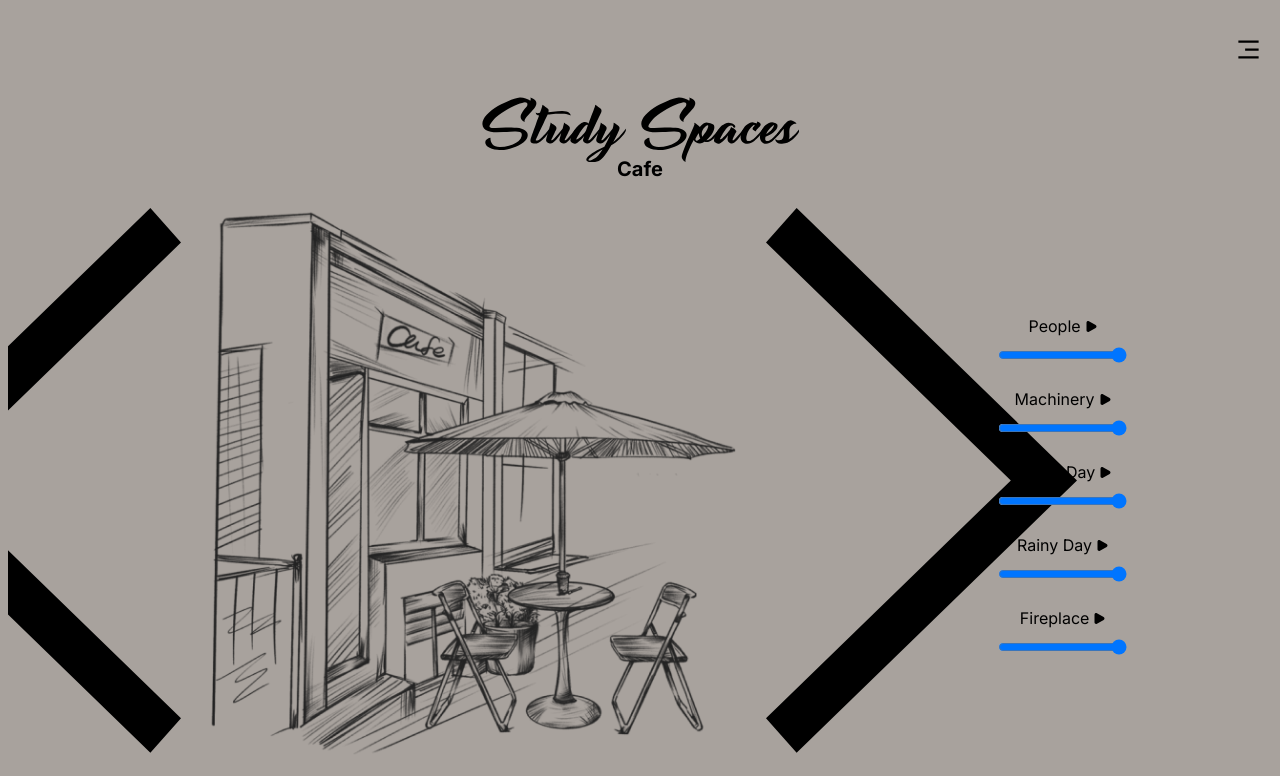
Repository: kaitlynlie/studyspaces
Page: / (app in studyspaces/)
These files come from the project's save history. The page is drawn as it stood at one moment and after the next save; the edit follows.
The browser window is 1280 px wide. The pictures show the whole page.
The project was rebuilt for these pictures with package versions that can differ from the ones it lists, and the page was loaded fresh each time. Also part of the build but not shown: studyspaces/vite.config.ts. Imported but missing from the stored project, and not drawn on this page: studyspaces/src/audio/fireplace.wav, studyspaces/src/audio/people.wav, studyspaces/src/audio/rain.wav, studyspaces/src/audio/softmachinery.mp3, studyspaces/src/audio/sun.wav.

Above is the page before, as saved 2023-09-28 23:57:45.

### studyspaces/index.html
<!DOCTYPE html>
<html lang="en">
  <head>
    <meta charset="UTF-8" />
    <link rel="icon" type="image/svg+xml" href="/vite.svg" />
    <meta name="viewport" content="width=device-width, initial-scale=1.0" />
    <title>Study Spaces</title>
  </head>
  <body>
    <div id="root"></div>
    <script type="module" src="/src/main.tsx"></script>
  </body>
</html>

### studyspaces/src/main.tsx
import React from 'react'
import ReactDOM from 'react-dom/client'
import App from './App'
import './index.scss'
import { BrowserRouter } from 'react-router-dom'

ReactDOM.createRoot(document.getElementById('root')!).render(
  <BrowserRouter>
    <App />
  </BrowserRouter>,
)

### studyspaces/src/App.tsx
import clsx from "clsx";
import { Route, Routes } from 'react-router-dom'
import React from "react";
import { Home } from "./pages/Home";
import { Navbar } from "./pages";

function App() {
  return (
    <>
      <div className={clsx("app", "w-full overflow-hidden")}>
          {/* <img
            src={tracks}
            alt='tracks'
            className={clsx(styles.tracks)}
          />  */}
        <Navbar />
        <Routes>
          <Route index path="/" element={<Home />} />
          {/* <Route path="about" element={<About />} />
          <Route path="membership" element={<Membership />} />
          <Route path="faq" element={<FAQ />} />
          <Route path="blog" element={<Blog />} />
          <Route path="careers" element={<Careers />} />
          <Route path='blog2' element={<Blog2 />} /> */}
      </Routes>
      </div>
    </>
  )
  }

export default App;

### studyspaces/src/index.scss
@import url("https://fonts.googleapis.com/css2?family=Inter:wght@400;500;600;700;800;900&display=swap");
// @import "./style/globals/general.scss";

@tailwind base;
@tailwind components;
@tailwind utilities;

:root {
  font-family: Inter;
  overflow-x: hidden;
}

@keyframes jump {
  0%, 100% {
    transform: translateY(0);
  }
  50% {
    transform: translateY(-20px);
  }
}

.jumping-word {
  display: inline-block;
  animation: jump 1s infinite;
}

### studyspaces/src/pages/Home.tsx
import styles from "./home.module.scss";
import clsx from "clsx";
import { title, coffee, leftarrow, rightarrow, play, pause } from "../assets";
import React, { ChangeEvent, useState, useRef } from 'react';
import { people, machinery, sunny, rainy, fire } from "../audio";
import { Navbar } from ".";
import { Link } from 'react-router-dom'
import { RiMenu3Line, RiCloseLine } from 'react-icons/ri';

export function Home() {
  const [sliderValues, setSliderValues] = useState({
    peopleVolumeSlider: 1,
    machVolumeSlider: 1,
    sunnyVolumeSlider: 1,
    rainyVolumeSlider: 1,
    fireVolumeSlider: 1,
  });

  const handleSliderChange = (event: ChangeEvent<HTMLInputElement>) => {
    const { id, value } = event.target;
    setSliderValues((prevValues) => ({
      ...prevValues,
      [id]: parseFloat(value),
    }));
  };

  const [isPlaying, setIsPlaying] = useState<AudioState>({});

  interface AudioState {
    [key: string]: boolean;
  }

  const handlePlayButtonClick = (audioId: string) => {
    setIsPlaying((prevState) => ({
      ...prevState,
      [audioId]: !prevState[audioId] || !prevState[audioId],
    }));
  };

  const [toggleMenu, setToggleMenu] = useState(false);
  const [nav, setNav] = useState(false);

  const openNav = () => {
    setNav(!nav);
  };

  return (
    <div className={clsx(styles.body)}>
        <section className={clsx(styles.home)}>
          <div className={clsx(styles.header)}>
            <div className={clsx(styles.studyspaces)}>
              <img src={title} className={clsx(styles.title)}/>
            </div>
          </div>
            <h4>Cafe</h4>
            <div className={clsx(styles.content)}>
              <div className={clsx(styles.hero)}>
                <img id="leftArrow" src={leftarrow} />
                <img src={coffee} className={clsx(styles.coffee)} />
                <img id="rightArrow" src={rightarrow} />
              </div>

              <div className={clsx(styles.audiolist)}>
                <div className={clsx(styles.audio)}>
                  <div className={clsx(styles.title)}>
                    <p>People</p>
                    <img
                      src={play}
                      width="11"
                      height="11"
                      id="peoplePlayButton"
                      onClick={() => handlePlayButtonClick("peopleAudioPlayer")}                    />
                  </div>
                  <audio id="peopleAudioPlayer">
                    <source src={people} type="audio/wav" />
                  </audio>
                  <input
                    type="range"
                    id="peopleVolumeSlider"
                    min={0}
                    max={1}
                    step={0.1}
                    value={sliderValues.peopleVolumeSlider}
                    onChange={handleSliderChange}
                  />
                </div>

                <div className={clsx(styles.audio)}>
                  <div className={clsx(styles.title)}>
                    <p>Machinery</p>
                    <img
                      src={play}
                      width="11"
                      height="11"
                      id="machPlayButton"
                      onClick={() => handlePlayButtonClick("machAudioPlayer")}
                    />
                  </div>
                  <audio id="machAudioPlayer">
                    <source src={machinery} type="audio/mp3" />
                  </audio>
                  <input
                    type="range"
                    id="machVolumeSlider"
                    min={0}
                    max={1}
                    step={0.1}
                    value={sliderValues.machVolumeSlider}
                    onChange={handleSliderChange}
                  />
                </div>

                <div className={clsx(styles.audio)}>
                  <div className={clsx(styles.title)}>
                    <p>Sunny Day</p>
                    <img
                      src={play}
                      width="11"
                      height="11"
                      id="sunnyPlayButton"
                      onClick={() => handlePlayButtonClick("sunnyAudioPlayer")}
                    />
                  </div>
                  <audio id="sunnyAudioPlayer">
                    <source src={sunny} type="audio/wav" />
                  </audio>
                  <input
                    type="range"
                    id="sunnyVolumeSlider"
                    min={0}
                    max={1}
                    step={0.1}
                    value={sliderValues.sunnyVolumeSlider}
                    onChange={handleSliderChange}
                  />
                </div>

                <div className={clsx(styles.audio)}>
                  <div className={clsx(styles.title)}>
                    <p>Rainy Day</p>
                    <img
                      src={play}
                      width="11"
                      height="11"
                      id="rainyPlayButton"
                      onClick={() => handlePlayButtonClick("rainyAudioPlayer")}
                    />
                  </div>
                  <audio id="rainyAudioPlayer">
                    <source src={rainy} type="audio/wav" />
                  </audio>
                  <input
                    type="range"
                    id="rainyVolumeSlider"
                    min={0}
                    max={1}
                    step={0.1}
                    value={sliderValues.rainyVolumeSlider}
                    onChange={handleSliderChange}
                  />
                </div>

                <div className={clsx(styles.audio)}>
                  <div className={clsx(styles.title)}>
                    <p>Fireplace</p>
                    <img
                      src={play}
                      width="11"
                      height="11"
                      id="firePlayButton"
                      onClick={() => handlePlayButtonClick("fireAudioPlayer")}
                    />
                  </div>
                  <audio id="fireAudioPlayer">
                    <source src={fire} type="audio/wav" />
                  </audio>
                  <input
                    type="range"
                    id="fireVolumeSlider"
                    min={0}
                    max={1}
                    step={0.1}
                    value={sliderValues.fireVolumeSlider}
                    onChange={handleSliderChange}
                  />
                </div>
              </div>
            </div>
        </section>
    </div>
  );
}

### studyspaces/src/pages/index.ts
import Navbar from "./Navbar";

export {
    Navbar
}

### studyspaces/src/pages/home.module.scss
body {
    background-color: rgb(168, 162, 157);
    section.home {
        padding: 10px;
        display: flex;
        flex-direction: column;
        justify-content: center;
        align-items: center;
        overflow-y: hidden;
        .header {
          display: flex;
          justify-content: space-between;
          align-items: center;
          .studyspaces {
            display: flex;
            justify-content: center;
            align-items: center;
            .title {
              margin-top: 20px;
            }
          }
          .toggle {
            margin-top: -20px;
            cursor: pointer;
            z-index: 10;
            display: flex;
            justify-content: flex-end;
            text-align: end;
            .box {
              display: flex;
              justify-content: flex-end;
              align-items: flex-end;
              flex-direction: column;
              text-align: end;
              background-color: #ffffffc9;
              padding: 30px;
              position: absolute;
              top: 40px;
              right: 10px;
              border-radius: 5px;
              box-shadow: 0 10px 20px 0 rgba(0, 0, 0, 0.5);
              z-index: 10;
              .dropdown {
                display: flex;
                justify-content: flex-end;
                align-items: flex-end;
                flex-direction: column;
                color: white;
                text-align: end;
                padding: 1px;
                li {
                  margin-top: 8px;
                  list-style-type: none;
                  text-decoration: none;
                  color: black;
                  a {
                    text-decoration: none;
                    color: black;
                  }
                }
              }
            }
          }
        }
        h4 {
            text-align: center;
            font-size: 20px;
            font-weight: 700;
            margin-top: -5px;
        }
        .content {
            display: flex;
            justify-content: space-between;
            gap: 200px;
            transition: gap 0.3s ease;
            // @media (max-width: 1089px) {
            //     gap: 50px;
            // }
            // @media (max-width: 919px) {
            //   flex-direction: column;
            // }
            .hero {
                display: flex;
                justify-content: center;
                gap: 30px;
                .coffee {
                    max-width: 550px;
                    max-height: 550px;
                    width: 100%;
                    height: 100%;
                    @media (max-width: 664px) {
                        max-width: 300px;
                        max-height: 300px;
                    }
                }
            }
            .audiolist {
                display: flex;
                flex-direction: column;
                align-items: center;
                justify-content: center;
                .audio {
                    display: flex;
                    flex-direction: column;
                    justify-content: center;
                    align-items: center;
                    .title {
                        display: flex;
                        flex-direction: row;
                        justify-content: center;
                        align-items: center;
                        gap: 5px;
                        img {
                            cursor: pointer;
                        }
                        .custom-range-slider {
                            appearance: none;
                            width: 100%;
                            height: 8px;
                            border-radius: 5px;
                            background-color: black;
                            outline: none;
                          }

                          .custom-range-slider::-webkit-slider-thumb {
                            appearance: none;
                            width: 16px;
                            height: 16px;
                            border-radius: 50%;
                            background-color: white;
                            cursor: pointer;
                          }

                          .custom-range-slider::-moz-range-thumb {
                            width: 16px;
                            height: 16px;
                            border-radius: 50%;
                            background-color: white;
                            cursor: pointer;
                          }

                          .custom-range-slider::-ms-thumb {
                            width: 16px;
                            height: 16px;
                            border-radius: 50%;
                            background-color: white;
                            cursor: pointer;
                          }
                        #peopleVolumeSlider {
                            -webkit-appearance: none;
                            appearance: none;
                            width: 100%;
                            height: 5px;
                            background-color: black; /* Set the default color of the track/bar */
                            outline: none;
                            position: relative;
                          }

                          #peopleVolumeSlider::-webkit-slider-thumb {
                            -webkit-appearance: none;
                            appearance: none;
                            width: 12px;
                            height: 12px;
                            background-color: black; /* Set the color of the slider thumb */
                            cursor: pointer;
                            border-radius: 50%;
                            position: relative;
                            z-index: 1;
                          }

                          #sunnyVolumeSlider {
                            -webkit-appearance: none;
                            appearance: none;
                            width: 100%;
                            height: 5px;
                            background-color: black; /* Set the default color of the track/bar */
                            outline: none;
                            position: relative;
                          }

                          #sunnyVolumeSlider::-webkit-slider-thumb {
                            -webkit-appearance: none;
                            appearance: none;
                            width: 12px;
                            height: 12px;
                            background-color: black; /* Set the color of the slider thumb */
                            cursor: pointer;
                            border-radius: 50%;
                            position: relative;
                            z-index: 1;
                          }

                          #rainyVolumeSlider {
                            -webkit-appearance: none;
                            appearance: none;
                            width: 100%;
                            height: 5px;
                            background-color: black; /* Set the default color of the track/bar */
                            outline: none;
                            position: relative;
                          }

                          #rainyVolumeSlider::-webkit-slider-thumb {
                            -webkit-appearance: none;
                            appearance: none;
                            width: 12px;
                            height: 12px;
                            background-color: black; /* Set the color of the slider thumb */
                            cursor: pointer;
                            border-radius: 50%;
                            position: relative;
                            z-index: 1;
                          }

                          #machVolumeSlider {
                            -webkit-appearance: none;
                            appearance: none;
                            width: 100%;
                            height: 5px;
                            background-color: black; /* Set the default color of the track/bar */
                            outline: none;
                            position: relative;
                          }

                          #machVolumeSlider::-webkit-slider-thumb {
                            -webkit-appearance: none;
                            appearance: none;
                            width: 12px;
                            height: 12px;
                            background-color: black; /* Set the color of the slider thumb */
                            cursor: pointer;
                            border-radius: 50%;
                            position: relative;
                            z-index: 1;
                          }

                          #fireVolumeSlider {
                            -webkit-appearance: none;
                            appearance: none;
                            width: 100%;
                            height: 5px;
                            background-color: black; /* Set the default color of the track/bar */
                            outline: none;
                            position: relative;
                          }

                          #fireVolumeSlider::-webkit-slider-thumb {
                            -webkit-appearance: none;
                            appearance: none;
                            width: 12px;
                            height: 12px;
                            background-color: black; /* Set the color of the slider thumb */
                            cursor: pointer;
                            border-radius: 50%;
                            position: relative;
                            z-index: 1;
                          }
                    }
                    input {
                        margin-top: -5px;
                        margin-bottom: 10px
                    }
                }
            }
        }
    }
}

### studyspaces/src/assets/index.ts
import title from './title.svg'
import coffee from './coffee.png'
import leftarrow from './leftarrow.svg'
import rightarrow from './rightarrow.svg'
import play from './play.svg'
import pause from './pause.svg'

export {
    title,
    coffee,
    leftarrow,
    rightarrow,
    play,
    pause
}

### studyspaces/src/audio/index.ts
import people from './people.wav'
import machinery from './softmachinery.mp3'
import sunny from './sun.wav'
import rainy from './rain.wav'
import fire from './fireplace.wav'

export {
    people,
    machinery,
    sunny,
    rainy,
    fire
}

### studyspaces/src/pages/Navbar.tsx
import React from 'react'
import styles from './Navbar.module.scss'
import clsx from 'clsx'
import { title } from '../assets'
import { Link } from 'react-router-dom'
import { useState } from 'react'
import { RiMenu3Line, RiCloseLine } from 'react-icons/ri';

const Navbar = () => {
  const [toggleMenu, setToggleMenu] = useState(false);
  const [nav, setNav] = useState(false);

  const openNav = () => {
    setNav(!nav);
  };

  return (
    <nav className={clsx(styles.navbar)}>
    <div className={clsx(styles.toggle)}>
        {toggleMenu
          ? <RiCloseLine color="#000" size={27} onClick={() => setToggleMenu(false)} />
          : <RiMenu3Line color="#000" size={27} onClick={() => setToggleMenu(true)} />}
        {toggleMenu && (
        <div className={clsx(styles.box)}>
          <div className="none">
            <ul className={clsx(styles.dropdown)}>
            <Link onClick={openNav} to='/'><li><a>Home</a></li></Link>
            <Link onClick={openNav} to='/about'><li><a>About</a></li></Link>
            <Link onClick={openNav} to='/membership'><li><a>Todo</a></li></Link>
            <Link onClick={openNav} to='/faq'><li><a>Timer</a></li></Link>
            </ul>
          </div>
        </div>
        )}
        </div>
  </nav>
  )
}

export default Navbar

### studyspaces/src/pages/Navbar.module.scss
nav.navbar {
  margin-top: 36px;
  display: flex;
  flex-direction: row;
  align-items: center;
  justify-content: flex-end;
  .toggle {
      color: black;
      z-index: 10;
      margin-right: 10px;
      .dropdown {
          margin-top: 1rem;
          display: flex;
          justify-content: flex-end;
          align-items: flex-end;
          text-align: flex-end;
          background-color: rgba(255, 255, 255, 0.918);
          position: absolute;
          top: 50px;
          right: 10px;
          border-radius: 5px;
          z-index: 10;
          ul {
              display: flex;
              justify-content: flex-end;
              align-items: flex-end;
              flex-direction: column;
              color: black;
              text-align: end;
              padding: 1rem 2rem;
              a {
                  color: black;
                  z-index: 11;
                  align-self: flex-end;
                  margin-right: auto;
              }
          }
      }
  }
}

After the next save:
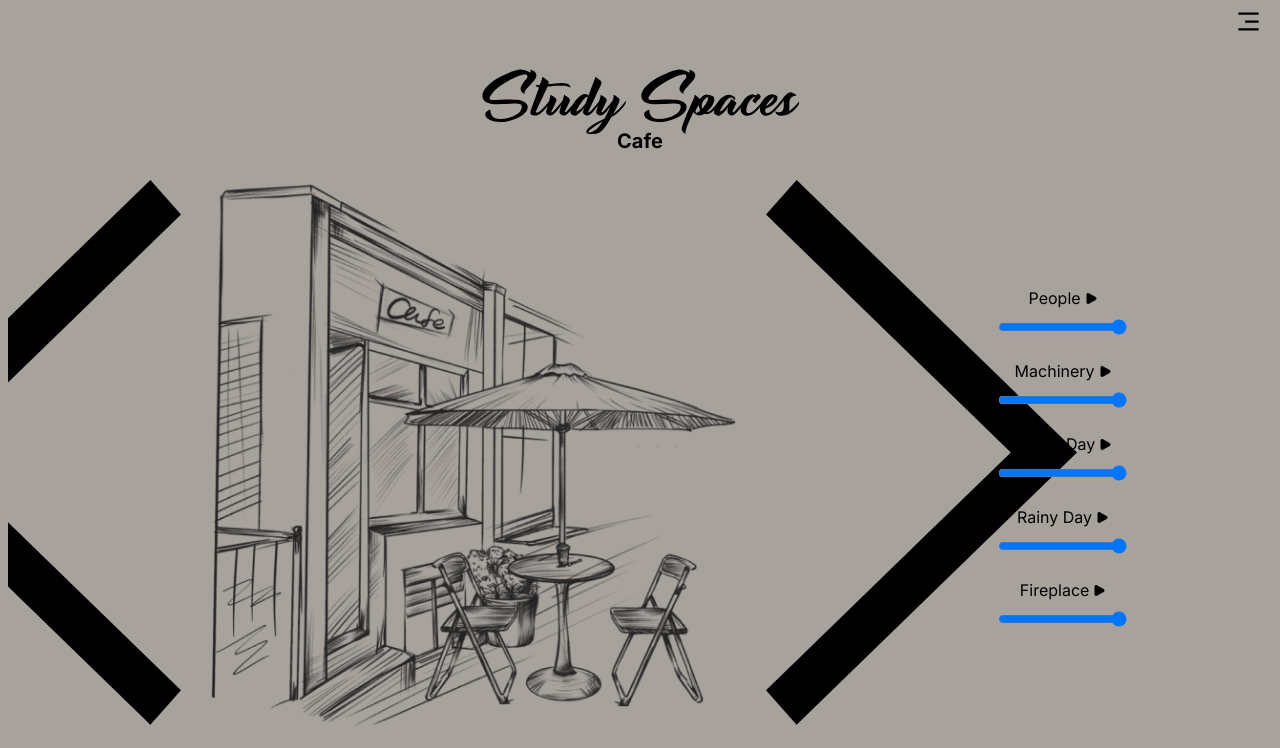
Saved 5 s later.
--- a/studyspaces/src/pages/Navbar.module.scss
+++ b/studyspaces/src/pages/Navbar.module.scss
@@ -1,5 +1,4 @@
 nav.navbar {
-  margin-top: 36px;
   display: flex;
   flex-direction: row;
   align-items: center;
